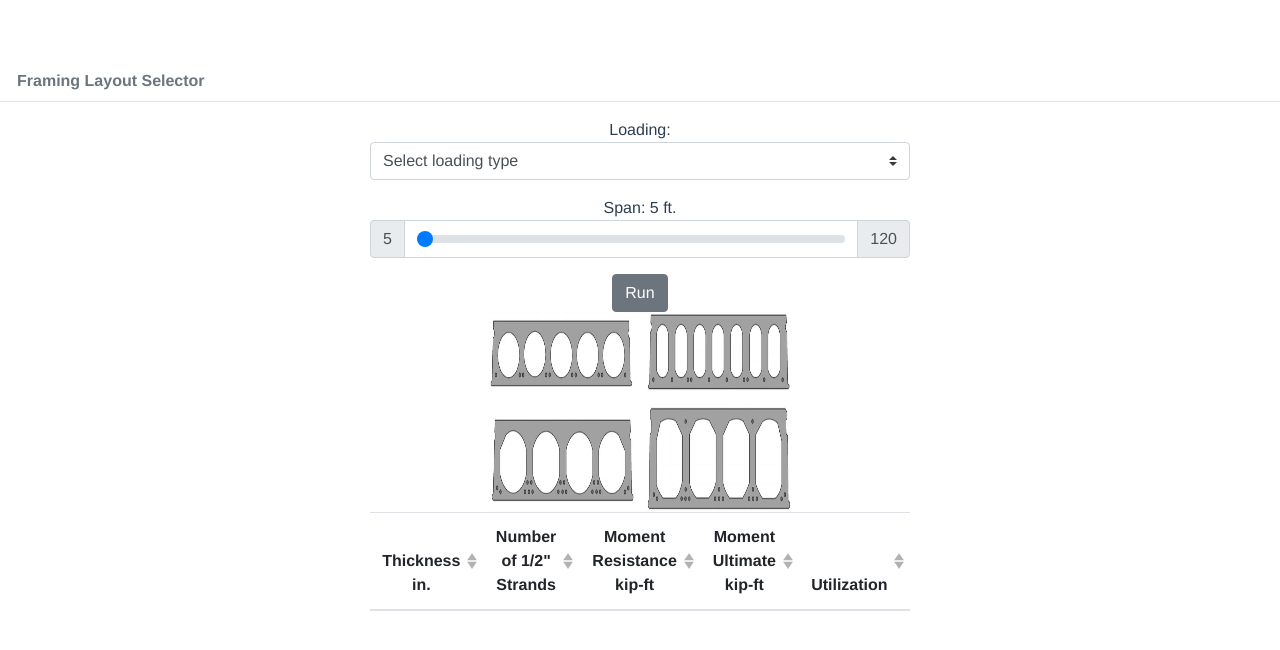
Repository: kanwarjohal/framingconceptclient
Page: /
An editor plug-in stored every save of this project. The page is shown before and after the next save, followed by the edit.
The browser window is 1280 px wide. The pictures show the whole page.
The page's requests for data from a server got no answer. The project was rebuilt for these pictures with package versions that can differ from the ones it lists, and the page was loaded fresh each time. No one was signed in, and anything a server would have sent is missing.

Above is the page before, as saved 2020-04-10 18:35:25.

After the next save:
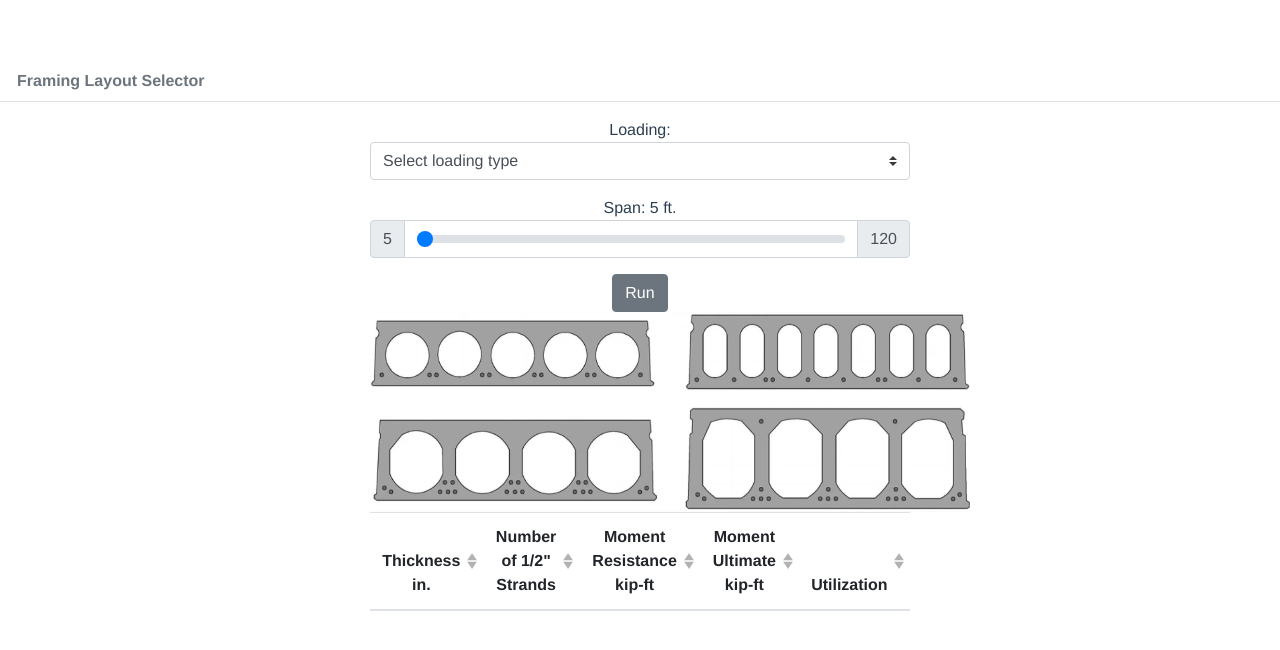
Saved 8 s later.
--- a/src/components/LoadingType.vue
+++ b/src/components/LoadingType.vue
@@ -29,7 +29,7 @@
         <b-button v-on:click="postPost">Run</b-button>
     </div>
     <div>
-        <b-img center src="hollowcoresections.png" alt="Center image" width="300" height="200"></b-img>
+        <b-img center src="hollowcoresections.png" alt="Center image" width="600" height="200"></b-img>
     </div>
     <div>
     <b-table striped hover :items="hollowcoreitems" :fields="fields"></b-table>
